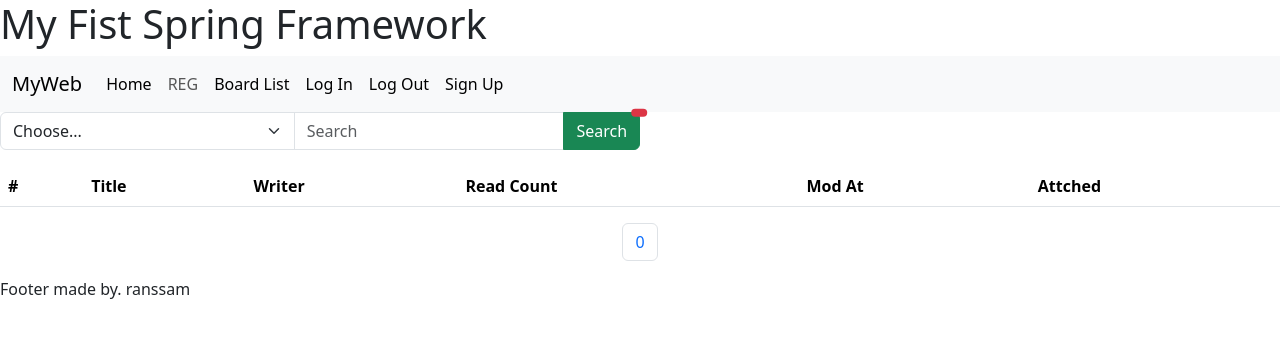
Repository: dhalfks/springSecurityTest
Page: http://localhost/springTest/WEB-INF/views/board/list.jsp
An editor plug-in stored every save of this project. The page is shown before and after the next save, followed by the edit.
The browser window is 1280 px wide. The pictures show the whole page.
The page is served by Tomcat 9. Nobody is signed in. Other server files are loaded and not shown. The template is opened directly, without the code that normally fills it, so the values that code supplies are empty.

Above is the page before, as saved 2023-09-29 13:16:12.

### _spring_workspace/springTest/src/main/webapp/WEB-INF/views/board/list.jsp
<%@ page language="java" contentType="text/html; charset=UTF-8"
    pageEncoding="UTF-8"%>
<%@ taglib prefix="c" uri="http://java.sun.com/jsp/jstl/core"%>
<jsp:include page="../common/header.jsp" />
<jsp:include page="../common/nav.jsp" />

<div class="col-sm-12 col-md-6">
	<form action="/board/list" method="get">
		<div class="input-group mb-3">
		<c:set value="${pgn.pgvo.type }" var="typed"/>
  			<select class="form-select" name="type">
    			<option ${typed == null ? 'selected':'' }>Choose...</option>
    			<option value="t" ${typed eq 't' ? 'selected':'' }>Title</option>
    			<option value="c" ${typed eq 'c' ? 'selected':'' }>Content</option>
    			<option value="w" ${typed eq 'w' ? 'selected':'' }>Writer</option>
    			<option value="tc" ${typed eq 'tc' ? 'selected':'' }>Title or Content</option>
    			<option value="tw" ${typed eq 'tw' ? 'selected':'' }>Title or Writer</option>
    			<option value="cw" ${typed eq 'cw' ? 'selected':'' }>Content or Writer</option>
  			</select>
  			<input class="form-control" type="text" name="keyword" placeholder="Search" value="${pgn.pgvo.keyword }">
  			<input type="hidden" name="pageNo" value="1">
  			<input type="hidden" name="qty" value="${pgn.pgvo.qty }">
  			<button type="submit" class="btn btn-success position-relative">
  			Search
  			<span class="position-absolute top-0 start-100 translate-middle badge rounded-pill bg-danger">
    		${pgn.totalCount }
    		<span class="visually-hidden">unread messages</span></span>
  			</button>
		</div>
	</form>
	</div>

<table class="table table-hover">
 <thead>
    <tr>
      <th scope="col">#</th>
      <th scope="col">Title</th>
      <th scope="col">Writer</th>
      <th scope="col">Read Count</th>
      <th scope="col">Mod At</th>
      <th scope="col">Attched</th>
    </tr>
  </thead>
  <tbody>
  	<c:forEach items="${list }" var="bvo">
    <tr>
      <th scope="row">${bvo.bno }</th>
      <td><a href="/board/detail?bno=${bvo.bno }&pageNo=${pgn.pgvo.pageNo}&qty=${pgn.pgvo.qty}&type=${pgn.pgvo.type}&keyword=${pgn.pgvo.keyword}">${bvo.title }</a></td>
      <td>${bvo.writer }
      <c:if test="${bvo.cmtQty > 0 }">
      <span class="badge rounded-pill bg-info">${bvo.cmtQty }</span>
      </c:if>
      </td>
      <td>${bvo.readCount }</td>
      <td>${bvo.modAt }</td>
      <td><c:if test="${bvo.hasFile gt 0 }">
      	Y <!-- 파일이 첨부되어 있다는 이모티콘을 설정 -->
      </c:if></td>
    </tr>
    </c:forEach>
  </tbody>
</table>

<ul class="pagination justify-content-center">
	<c:if test="${pgn.prev }">
    <li class="page-item">
      <a href="/board/list?pageNo=${pgn.startPage - 1 }&qty=${pgn.pgvo.qty}&type=${pgn.pgvo.type}&keyword=${pgn.pgvo.keyword}" class="page-link">Prev</a>
    </li>
    </c:if>
    <c:forEach begin="${pgn.startPage }" end="${pgn.endPage }" var="i">
    <li class="page-item ${pgn.pgvo.pageNo == i ? 'active':''}"
     aria-current="page">
      <a class="page-link" href="/board/list?pageNo=${i }&qty=${pgn.pgvo.qty}&type=${pgn.pgvo.type}&keyword=${pgn.pgvo.keyword}">${i }</a>
    </li>
    </c:forEach>
    <c:if test="${pgn.next }">
    <li class="page-item">
      <a class="page-link" href="/board/list?pageNo=${pgn.endPage + 1 }&qty=${pgn.pgvo.qty}&type=${pgn.pgvo.type}&keyword=${pgn.pgvo.keyword}">Next</a>
    </li>
    </c:if>
  </ul>

<script>
let isUp = '<c:out value="${isUp}"/>';
let isDel = '<c:out value="${isDel}"/>';
if (parseInt(isUp)) {
	alert('게시글 등록 성공~');
}
if (parseInt(isDel)) {
	alert('게시글 삭제 성공~');
}
</script>

<jsp:include page="../common/footer.jsp" />

### _spring_workspace/springTest/src/main/webapp/WEB-INF/views/common/header.jsp
<%@ page language="java" contentType="text/html; charset=UTF-8"
    pageEncoding="UTF-8"%>
    <%@ taglib prefix="c" uri="http://java.sun.com/jsp/jstl/core" %>
<!DOCTYPE html>
<html>
<head>
<meta charset="UTF-8">
<title>Insert title here</title>
<link href="https://cdn.jsdelivr.net/npm/bootstrap@5.3.1/dist/css/bootstrap.min.css" rel="stylesheet" integrity="sha384-4bw+/aepP/YC94hEpVNVgiZdgIC5+VKNBQNGCHeKRQN+PtmoHDEXuppvnDJzQIu9" crossorigin="anonymous">
<script src="https://cdn.jsdelivr.net/npm/bootstrap@5.3.1/dist/js/bootstrap.bundle.min.js" integrity="sha384-HwwvtgBNo3bZJJLYd8oVXjrBZt8cqVSpeBNS5n7C8IVInixGAoxmnlMuBnhbgrkm" crossorigin="anonymous"></script>
</head>
<body>
	<h1>My Fist Spring Framework</h1>

### _spring_workspace/springTest/src/main/webapp/WEB-INF/views/common/nav.jsp
<%@ page language="java" contentType="text/html; charset=UTF-8"
    pageEncoding="UTF-8"%>
<%@ taglib prefix="c" uri="http://java.sun.com/jsp/jstl/core"%>
<%@ taglib prefix="sec" uri="http://www.springframework.org/security/tags" %>
<!-- <header>
<ul>
<a href="/"><li>Home</li></a>
<a href="/board/register"><li>Board REG</li></a>
<li>Board List</li>
<li>Log In</li>
<li>Log Out</li>
<li>Sign Up</li>

</ul>
</header> -->

<nav class="navbar navbar-expand-lg bg-body-tertiary">
  <div class="container-fluid">
    <a class="navbar-brand" href="#">MyWeb</a>
    <button class="navbar-toggler" type="button" data-bs-toggle="collapse" data-bs-target="#navbarSupportedContent" aria-controls="navbarSupportedContent" aria-expanded="false" aria-label="Toggle navigation">
      <span class="navbar-toggler-icon"></span>
    </button>
    <div class="collapse navbar-collapse" id="navbarSupportedContent">
      <ul class="navbar-nav me-auto mb-2 mb-lg-0">
        <li class="nav-item">
          <a class="nav-link active" aria-current="page" href="/">Home</a>
        </li>
        <li class="nav-item">
          <a class="nav-link" href="/board/register">REG</a>
        </li>

        <li class="nav-item">
          <a class="nav-link active" href="/board/list" >Board List</a>
        </li>
        <li class="nav-item">
          <a class="nav-link active" href="#" >Log In</a>
        </li>
        <li class="nav-item">
          <a class="nav-link active" href="/board/list" >Log Out</a>
        </li>
        <li class="nav-item">
          <a class="nav-link active" href="/board/list" >Sign Up</a>
        </li>
      </ul>

    </div>
  </div>
</nav>

### _spring_workspace/springTest/src/main/webapp/WEB-INF/views/common/footer.jsp
<%@ page language="java" contentType="text/html; charset=UTF-8"
    pageEncoding="UTF-8"%>

<div>
	<span>Footer made by. ranssam</span>
</div>
</body>
</html>

After the next save:
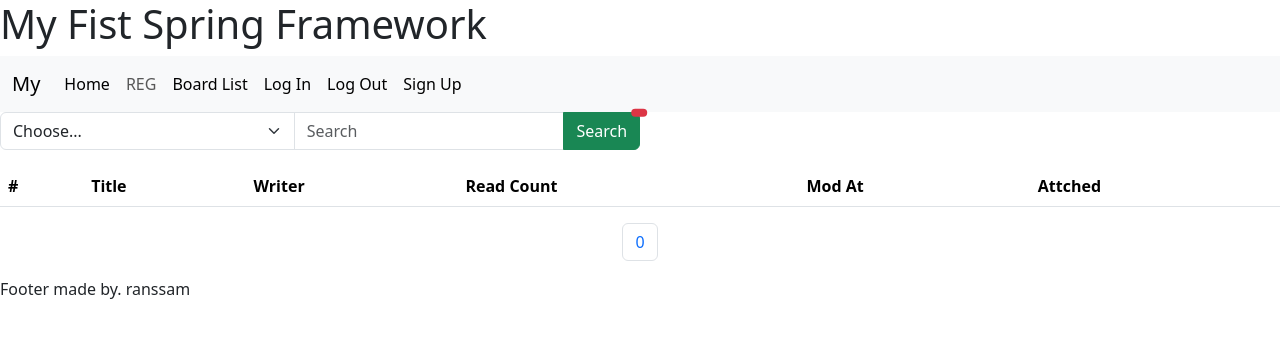
Saved 59 s later.
--- a/_spring_workspace/springTest/src/main/webapp/WEB-INF/views/common/nav.jsp
+++ b/_spring_workspace/springTest/src/main/webapp/WEB-INF/views/common/nav.jsp
@@ -16,7 +16,7 @@
 
 <nav class="navbar navbar-expand-lg bg-body-tertiary">
   <div class="container-fluid">
-    <a class="navbar-brand" href="#">MyWeb</a>
+    <a class="navbar-brand" href="#">My</a>
     <button class="navbar-toggler" type="button" data-bs-toggle="collapse" data-bs-target="#navbarSupportedContent" aria-controls="navbarSupportedContent" aria-expanded="false" aria-label="Toggle navigation">
       <span class="navbar-toggler-icon"></span>
     </button>
